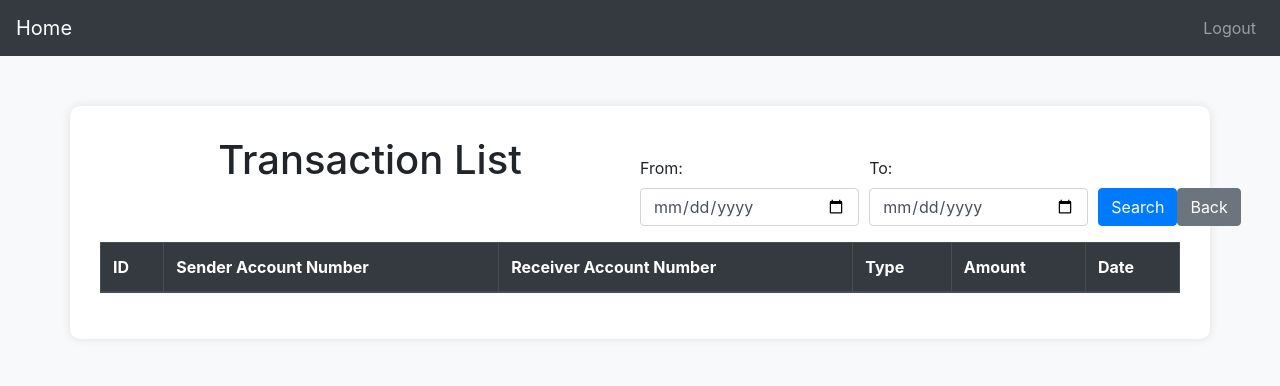
Repository: bhatideepak599/JspServlets
Page: http://localhost/11-bank-application/transactionFile.jsp
These files come from the project's save history. The page is drawn as it stood at one moment and after the next save; the edit follows.
The browser window is 1280 px wide. The pictures show the whole page.
The page is served by Tomcat 9. Other server files are loaded and not shown. The template is opened directly, without the code that normally fills it, so the values that code supplies are empty.

Above is the page before, as saved 2024-07-22 13:51:29.

### 11-bank-application/WebContent/transactionFile.jsp
<%@ page language="java" contentType="text/html; charset=ISO-8859-1"
	pageEncoding="ISO-8859-1"%>
<%@ taglib uri="http://java.sun.com/jsp/jstl/core" prefix="c"%>
<%@ taglib uri="http://java.sun.com/jsp/jstl/functions" prefix="fn"%>
<!DOCTYPE html>
<html>
<head>
<meta charset="ISO-8859-1">
<title>Transaction List</title>
<!-- Bootstrap CSS -->
<link
	href="https://maxcdn.bootstrapcdn.com/bootstrap/4.5.2/css/bootstrap.min.css"
	rel="stylesheet">
<style>
body {
	background-color: #f8f9fa;
}

.container {
	background-color: white;
	padding: 30px;
	border-radius: 10px;
	box-shadow: 0 0 10px rgba(0, 0, 0, 0.1);
	margin-top: 50px;
}

.table th, .table td {
	vertical-align: middle;
}

h1 {
	text-align: center;
	margin-bottom: 20px;
}

.search-bar {
	margin-top: 20px;
}
</style>
</head>
<body>
	<nav class="navbar navbar-expand-lg navbar-dark bg-dark">
		<a class="navbar-brand" href="AdminController">Home</a>

		<div class="collapse navbar-collapse">
			<ul class="navbar-nav ml-auto">
				<li class="nav-item"><a class="nav-link" href="LogoutServlet">Logout</a></li>
			</ul>
		</div>
	</nav>

	<div class="container">
		<form action="AdminController?action=searchTransactions" method="post" class="search-bar float-right" style="width: 50%;">
			<div class="form-row">
				<div class="col-md-5 mb-3">
					<label for="startDate">From:</label>
					<input type="date" class="form-control" id="startDate" name="startDate" required>
				</div>
				<div class="col-md-5 mb-3">
					<label for="endDate">To:</label>
					<input type="date" class="form-control" id="endDate" name="endDate" required>
				</div>
				<div class="col-md-2 mb-3 d-flex align-items-end">
					<input type="submit" class="btn btn-primary w-100" value="Search">
					<button type="button" class="btn btn-secondary" onclick="window.history.back();">Back</button>
				</div>
			</div>
		</form>

		<h1>Transaction List</h1>
		<table class="table table-striped table-bordered">
			<thead class="thead-dark">
				<tr>
					<th>ID</th>
					<th>Sender Account Number</th>
					<th>Receiver Account Number</th>
					<th>Type</th>
					<th>Amount</th>
					<th>Date</th>
				</tr>
			</thead>

			<tbody>
				<c:forEach var="transaction" items="${theTransactionList}">
					<tr>
						<td>${transaction.getId()}</td>
						<td>${transaction.getSenderAccNo() }</td>
						<td>${transaction.getReceiverAccNo()}</td>
						<td>${transaction.getType()}</td>
						<td>${transaction.getAmount()}</td>
						<td>${transaction.getDate()}</td>
					</tr>
				</c:forEach>
			</tbody>
		</table>
	</div>

	<!-- Bootstrap JS, Popper.js, and jQuery -->
	<script src="https://code.jquery.com/jquery-3.5.1.slim.min.js"></script>
	<script
		src="https://cdn.jsdelivr.net/npm/@popperjs/core@2.9.3/dist/umd/popper.min.js"></script>
	<script
		src="https://maxcdn.bootstrapcdn.com/bootstrap/4.5.2/js/bootstrap.min.js"></script>
</body>
</html>

After the next save:
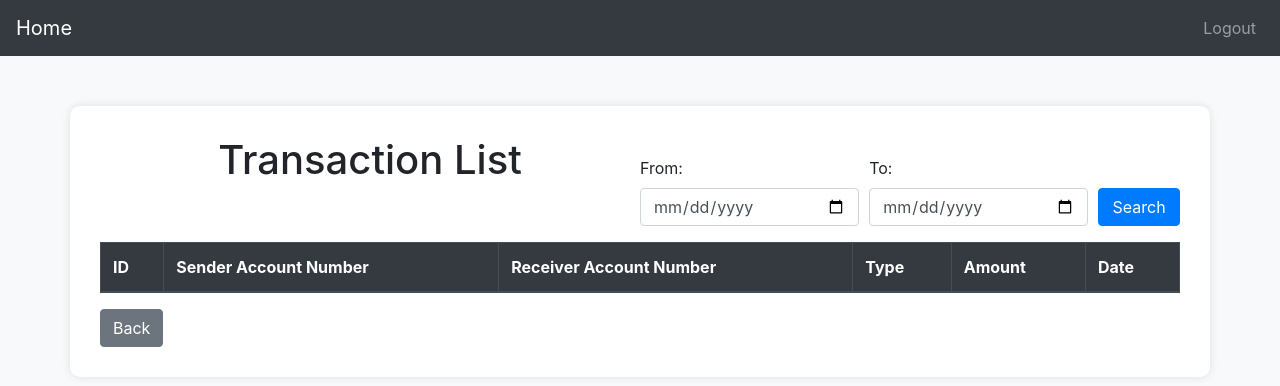
Saved 25 s later.
--- a/11-bank-application/WebContent/transactionFile.jsp
+++ b/11-bank-application/WebContent/transactionFile.jsp
@@ -62,7 +62,7 @@ h1 {
 				</div>
 				<div class="col-md-2 mb-3 d-flex align-items-end">
 					<input type="submit" class="btn btn-primary w-100" value="Search">
-					<button type="button" class="btn btn-secondary" onclick="window.history.back();">Back</button>
+
 				</div>
 			</div>
 		</form>
@@ -93,6 +93,7 @@ h1 {
 				</c:forEach>
 			</tbody>
 		</table>
+		<button type="button" class="btn btn-secondary" onclick="window.history.back();">Back</button>
 	</div>
 
 	<!-- Bootstrap JS, Popper.js, and jQuery -->
